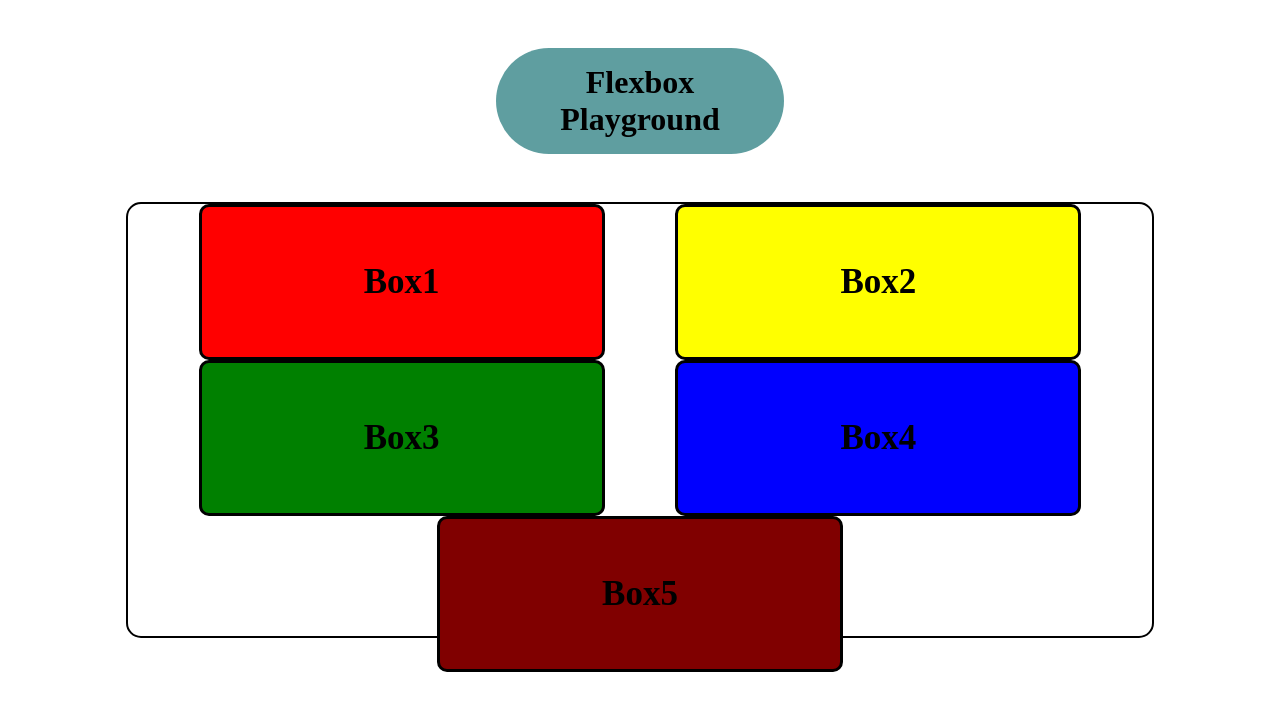
Repository: rakeshkolpepatil/CSS_Apana_College
Page: index.html
The author's editor kept a copy of each file at every save. The page is drawn from the files as they stood at one save, then again after the next save.
The browser window is 1280 px wide. The pictures show the whole page.

Above is the page before, as saved 2023-06-24 22:42:40.

### index.html
<!DOCTYPE html>
<html lang="en">
<head>
  <meta charset="UTF-8">
  <meta name="viewport" content="width=device-width, initial-scale=1.0">
  <link rel="stylesheet" href="styleSeven.css"/>
  <title>Flexbox</title>
</head>
<body>
  <h1> Flexbox Playground </h1>
  <div id="container">
    <div id="box1" class="box"> Box1 </div>
    <div id="box2" class="box"> Box2 </div>
    <div id="box3" class="box"> Box3 </div>
    <div id="box4" class="box"> Box4 </div>
    <div id="box5" class="box"> Box5 </div>
  </div>
</body>
</html>

### styleSeven.css
*{
  margin: 0px;
  padding: 0px;
}

h1{
  text-align: center;
  margin: auto;
  margin-top:3rem;
  margin-bottom: 3rem;
  background-color:cadetblue;
  width: 20vw;
  border-radius: 10rem;
  padding: 1rem;
}

#container{
  display: flex;
  flex-wrap: wrap;
  border: 2px solid black;
  height: 60vh;
  width: 80vw;
  margin: auto;
  text-align: center;
  align-items:center;
  justify-content: space-evenly;
  flex-direction: row;
  border-radius: 15px;
  /* align-content: center; */
}
.box{
  width: 400px;
  height: 150px;
  border: 3px solid black;
  display: flex;
  align-items: center;
  justify-content: center;
  font-size: 35px;
  font-weight: bold;
  border-radius: 10px;
}
#box1{
  background-color: red;
}
#box2{
  background-color: yellow;
}
#box3{
  background-color: green;
  align-self: flex-start;
}
#box4{
  background-color: blue;
}
#box5{
  background-color: maroon;
}

After the next save:
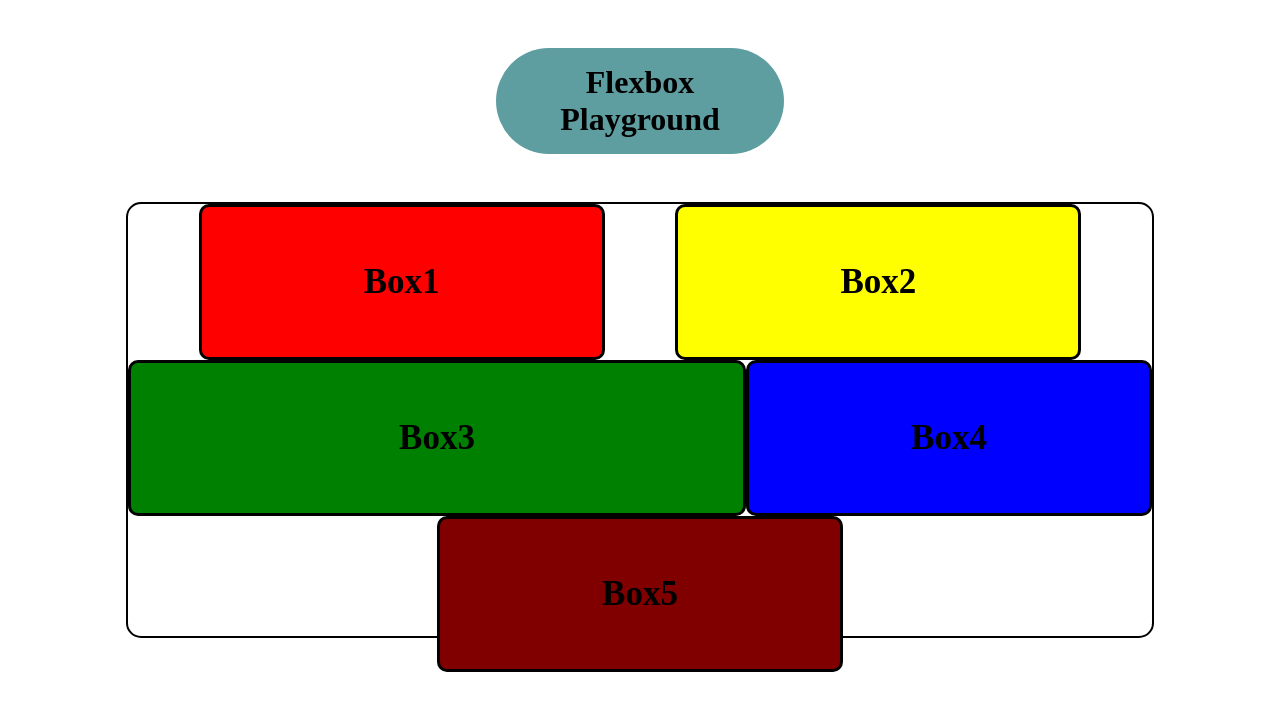
Saved 31 s later.
--- a/styleSeven.css
+++ b/styleSeven.css
@@ -48,6 +48,7 @@ h1{
 #box3{
   background-color: green;
   align-self: flex-start;
+  flex-grow: 2;
 }
 #box4{
   background-color: blue;
